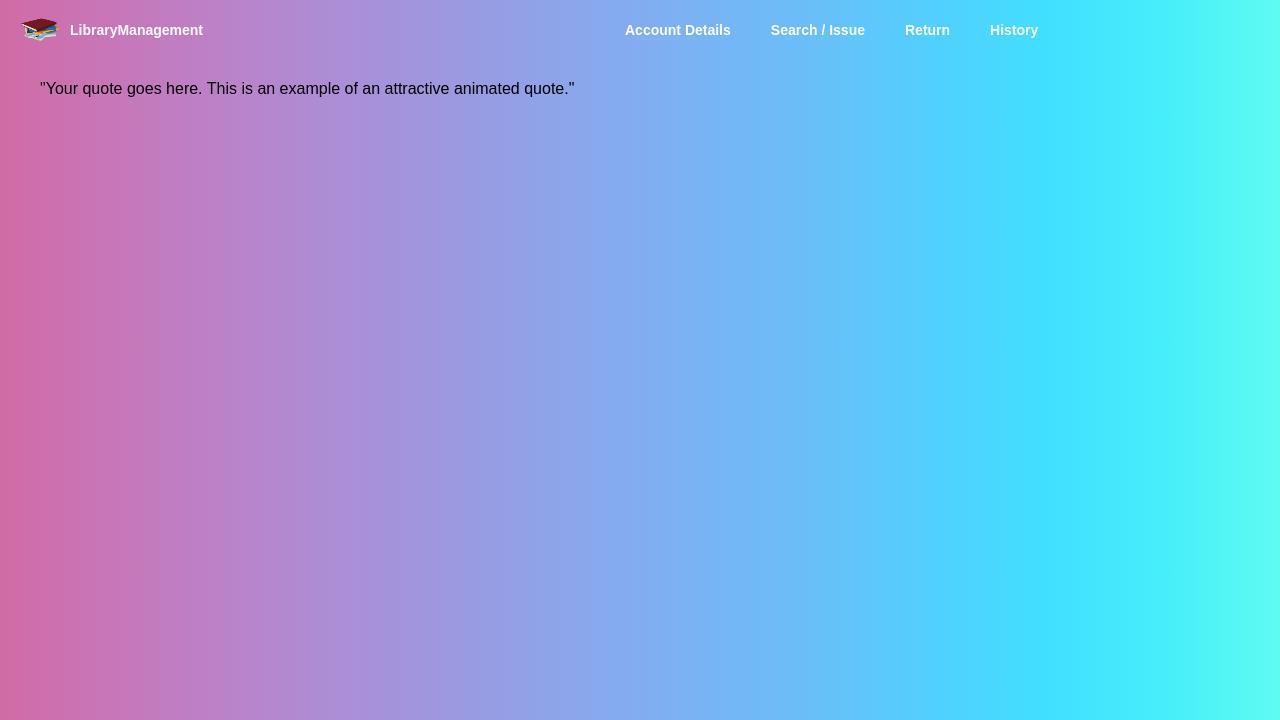
Repository: amitSai12/CMS
Page: http://localhost/LibraryManagementDemo/Menu2.jsp
These files come from the project's save history. The page is drawn as it stood at one moment and after the next save; the edit follows.
The browser window is 1280 px wide. The pictures show the whole page.
The page is served by Tomcat 9. Other server files are loaded and not shown.

Above is the page before, as saved 2023-10-03 17:56:41.

### Day1_Thu/LibraryManagementDemo/src/main/webapp/Menu2.jsp
<!DOCTYPE html PUBLIC "-//W3C//DTD HTML 4.01 Transitional//EN" "http://www.w3.org/TR/html4/loose.dtd">
<html>
<head>
<meta http-equiv="Content-Type" content="text/html; charset=ISO-8859-1">
<title>User Account Page</title>
<link rel="stylesheet" href="menu2.css">
</head>
<body>


	<div class="logo">
		<img
			src="kisspng-book-clip-art-vector-books-5aa7e41834c997.8769820715209523442162.png"
			alt="Your Logo"> <span class="logo-text">LibraryManagement</span>

	<div class="menu">
		<div class="atwo">
			<a href="AccountDetails.jsp">Account Details</a>
		</div>
		<div class="atwo">
			<a href="Search.jsp">Search / Issue</a>
		</div>
		<div class="atwo">
			<a href="TranBook.jsp">Return</a>
		</div>
		<div class="atwo">
			<a href="History.jsp">History</a>
		</div>
	</div>
	</div>

 <div class="quote-container">
            <blockquote class="quote">
                "Your quote goes here. This is an example of an attractive animated quote."
            </blockquote>
        </div>
</body>
</html>

### Day1_Thu/LibraryManagementDemo/src/main/webapp/menu2.css
body {
    font-family: Arial, sans-serif;
	background-image: linear-gradient(to right, #d16ba5, #c777b9, #ba83ca, #aa8fd8, #9a9ae1, #8aa7ec, #79b3f4, #69bff8, #52cffe, #41dfff, #46eefa, #5ffbf1);
	margin: 0;
    padding: 0;
}


 Add a class to control the overlay opacity */
body.loaded::before {
    opacity: 0; /* Fully transparent to reveal the background */
}
.logo {

    display: flex;
    align-items: center;
    padding: 10px 20px;
    color: white;
    margin-bottom: 20px; /* Adjust margin to create space below the logo */

}

/* Style the logo image */
.logo img {
    width: 40px; /* Adjust the width as needed */
    height: 40px; /* Adjust the height as needed */
    margin-right: 10px; /* Add some spacing between the image and text */
}

/* Style the logo text */
.logo-text {
    font-size: 14px; /* Adjust the font size as needed */
    font-weight: bold; /* Make the text bold */
}

.menu {
	 position: fixed;
    display: flex;
    justify-content: flex-end; /* Move menu to the right top corner */
    padding: 10px 20px; /* Adjust padding as needed */
    border-radius: 31px;
   margin-left: 565px;
}

.menu a {
    text-decoration: none; /* Remove the default underline */
    color: white;
    font-weight: bold;
    padding: 10px 20px;
    border-radius: 5px;
    position: relative; /* Add relative positioning */
    transition: color 0.3s;/* Add transitions for color and background-color */
    font-size: 14px;
}

.menu a-text {
    font-size: 6px; /* Adjust the font size as needed */
    font-weight: bold;
}

.menu a::before {
    content: ""; /* Create an empty pseudo-element */
    position: absolute; /* Set absolute positioning */
    bottom: 0; /* Position it at the bottom */
    left: 10%; /* Align it with the left edge of the link */
    width: 0%; /* Initially, the width is 0% */
    height: 2px; /* Set the height of the underline */
   background-image: linear-gradient(to right, #1b009f, #131d93, #1b2a84, #273273, #323961, #353b57, #393d4d, #3d3e42, #3c3c3f, #3a3a3c, #39393a, #373737); /* Color of the underline */
    transition: width 0.5s ease; /* Add a transition for width */
}

.menu a:hover {
 color:rgb(255, 255, 255);

}
.menu a:hover::before {
    width: 80%; /* Expand the width of the underline on hover */
}

After the next save:
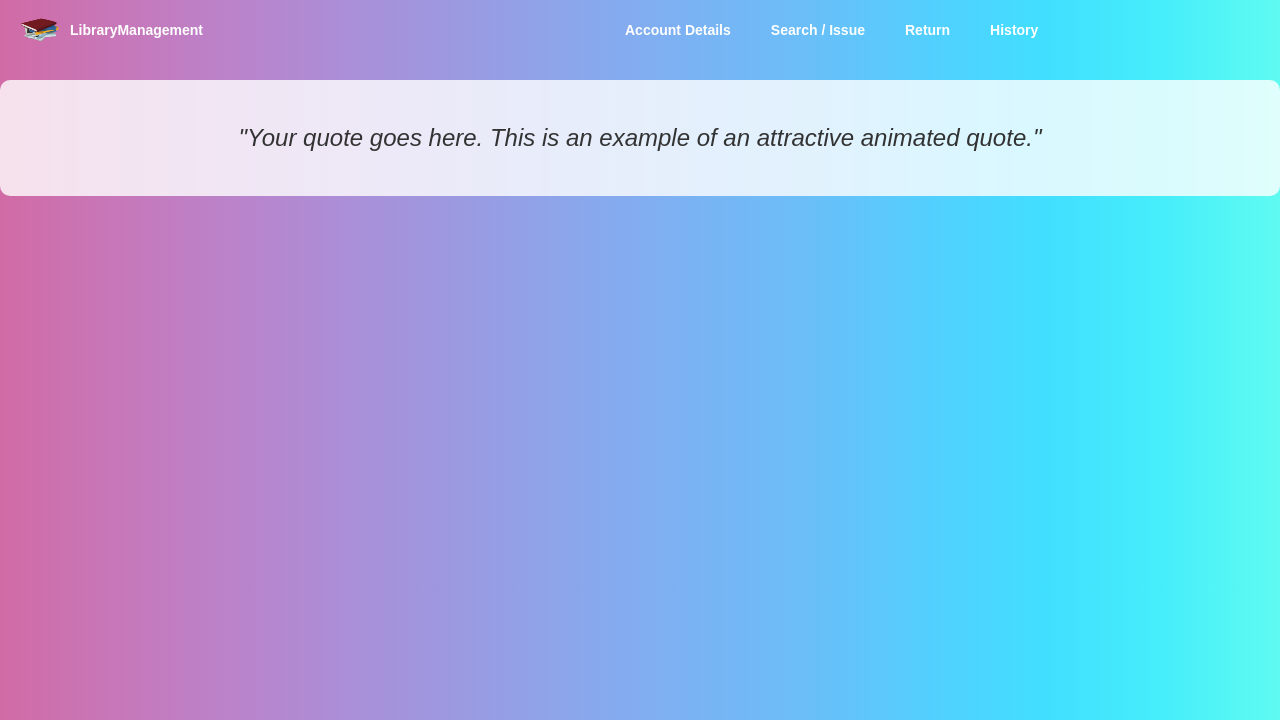
Saved 38 s later.
--- a/Day1_Thu/LibraryManagementDemo/src/main/webapp/menu2.css
+++ b/Day1_Thu/LibraryManagementDemo/src/main/webapp/menu2.css
@@ -76,3 +76,39 @@ body.loaded::before {
 .menu a:hover::before {
     width: 80%; /* Expand the width of the underline on hover */
 }
+
+.quote-container {
+    background-color: rgba(255, 255, 255, 0.8); /* Semi-transparent white background */
+    padding: 20px;
+    border-radius: 10px;
+    text-align: center;
+    animation: fadeIn 2s ease-in-out; /* Fade-in animation */
+}
+
+/* Apply styles to the quote text */
+.quote {
+    font-family: Arial, sans-serif;
+    font-size: 24px;
+    font-style: italic;
+    color: #333; /* Text color */
+}
+
+/* Gradient animation for the background */
+@keyframes gradientAnimation {
+    0% {
+        background-position: 0% 0%;
+    }
+    100% {
+        background-position: 100% 0%;
+    }
+}
+
+/* Fade-in animation for the quote container */
+@keyframes fadeIn {
+    0% {
+        opacity: 0;
+    }
+    100% {
+        opacity: 1;
+    }
+}
